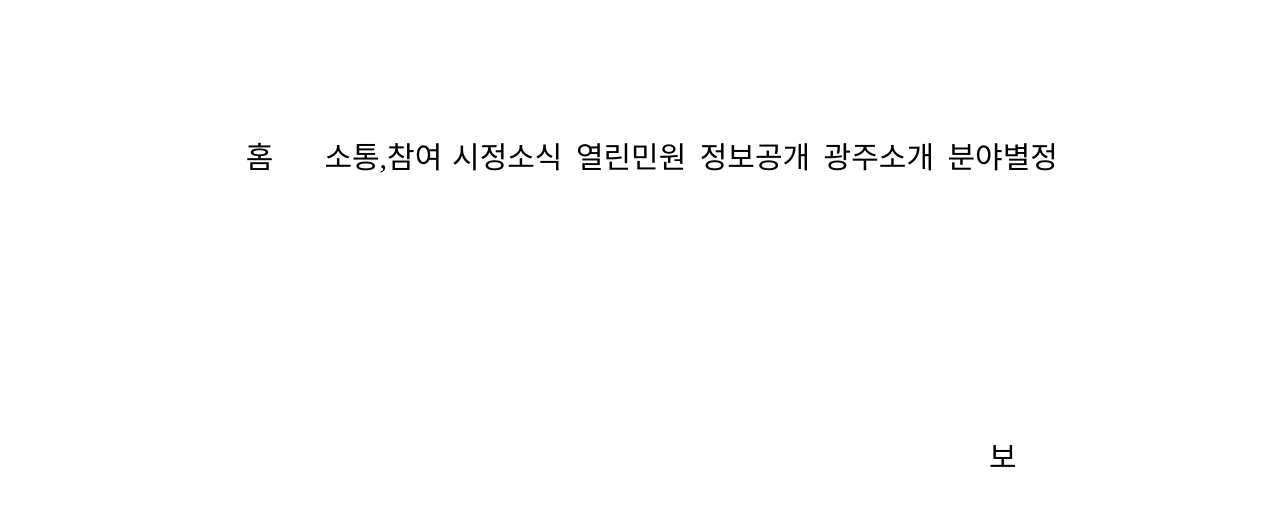
Repository: leejonggwon/Amora-Project
Page: http://localhost/JSP/ex07menubar.jsp
An editor plug-in stored every save of this project. The page is shown before and after the next save, followed by the edit.
The browser window is 1280 px wide. The pictures show the whole page.
The page is served by Tomcat 9.

Above is the page before, as saved 2023-08-01 09:10:17.

After the next save:
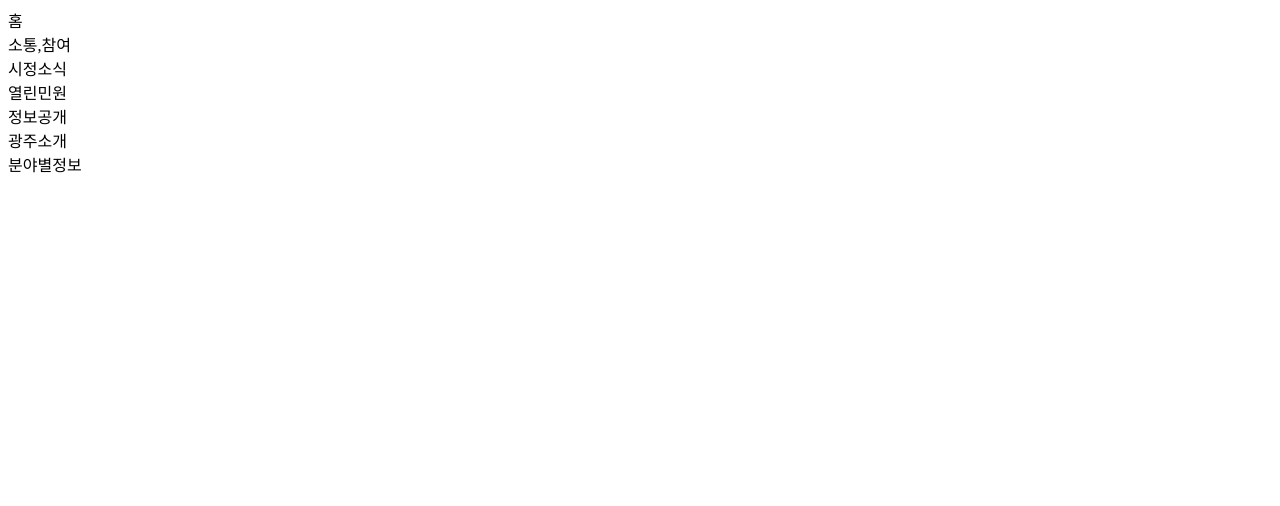
Saved 9 min 21 s later.
--- a/04.Server/JSP/src/main/webapp/ex07menubar.jsp
+++ b/04.Server/JSP/src/main/webapp/ex07menubar.jsp
@@ -5,36 +5,18 @@
 <head>
 <meta charset="EUC-KR">
 <title>Insert title here</title>
-<style type="text/css">
 
-   #wrap{
-      width: 70%;
-      height: 300px;
-      margin: auto;
-   }
-   .menu{
-      width: 14%;
-      height: 300px;
-      text-align: center;
-      line-height: 300px; /* 중간격 */
-      font-size: 30px;
-      float: left;
-   }
-   .menu:hover {
-        background-color: gray;  <!--hover 마우스 올리는거 강제하는거 -->
-   }
-
-</style>
 </head>
 <body>
-   <div id = "wrap">
-      <div class ="menu">홈</div>   <!--class는 중복해서 넣을 수 있다-->
-      <div class ="menu">소통,참여</div>
-      <div class ="menu">시정소식</div>
-      <div class ="menu">열린민원</div>
-      <div class ="menu">정보공개</div>
-      <div class ="menu">광주소개</div>
-      <div class ="menu">분야별정보</div>
-   </div>
+	<div id ="wrap">
+		<div>홈</div>
+		<div>소통,참여</div>
+		<div>시정소식</div>
+		<div>열린민원</div>
+		<div>정보공개</div>
+		<div>광주소개</div>
+		<div>분야별정보</div>
+	</div>
+
 </body>
 </html>
